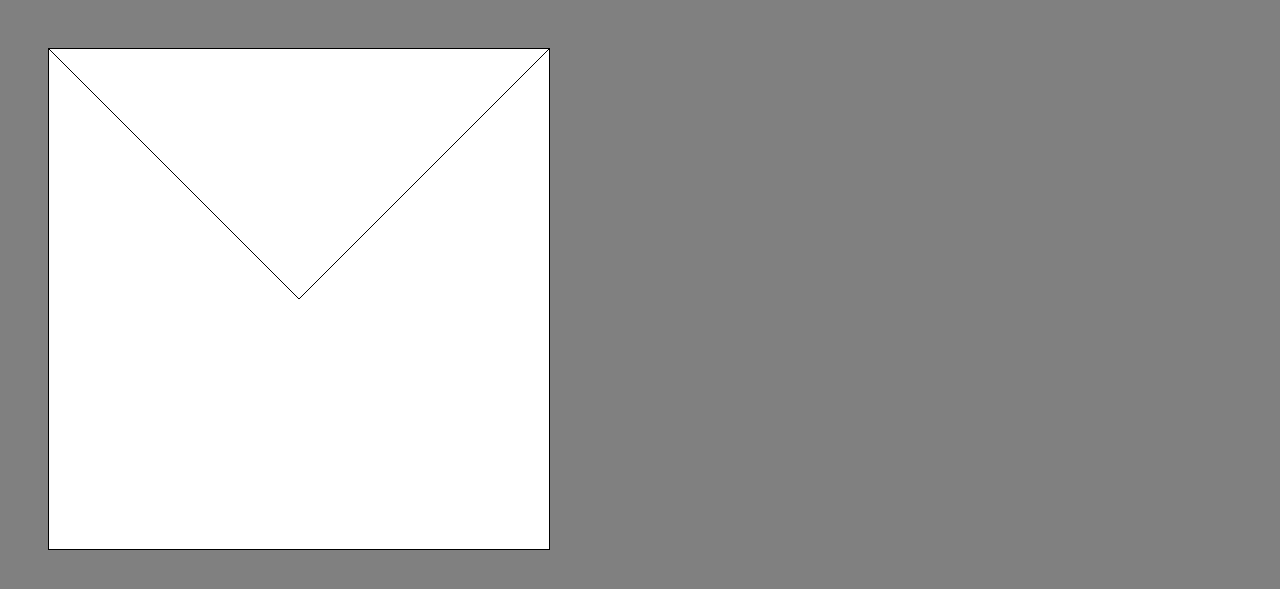
Repository: albinsabu2023/Stopwatch-program
Page: index.html
The author's editor kept a copy of each file at every save. The page is drawn from the files as they stood at one save, then again after the next save.
The browser window is 1280 px wide. The pictures show the whole page.

Above is the page before, as saved 2023-03-03 20:36:35.

### index.html
<!DOCTYPE html>

<head>
    <meta charset="UTF-8">
    <meta http-equiv="X-UA-Compatible" content="IE=edge">
    <meta name="viewport" content="width=device-width, initial-scale=1.0">
    <link rel="stylesheet" href="style.css">
    <title>Document</title>
</head>

   <canvas id ="canvas" width="500" height="500"></canvas>
    <script src="index.js"></script>
</body>
</html>

### style.css
body{
color:white;
background-color: gray;
}

#canvas{
    border:1px solid black;
    background-color: white;
    margin: 40px;

}

### index.js
//canvas api

let can = document.getElementById("canvas");
let context = can.getContext("2d");

context.beginPath();
context.moveTo(0, 0);
context.lineTo(250, 250);
context.lineTo(500, 0);
context.stroke();

After the next save:
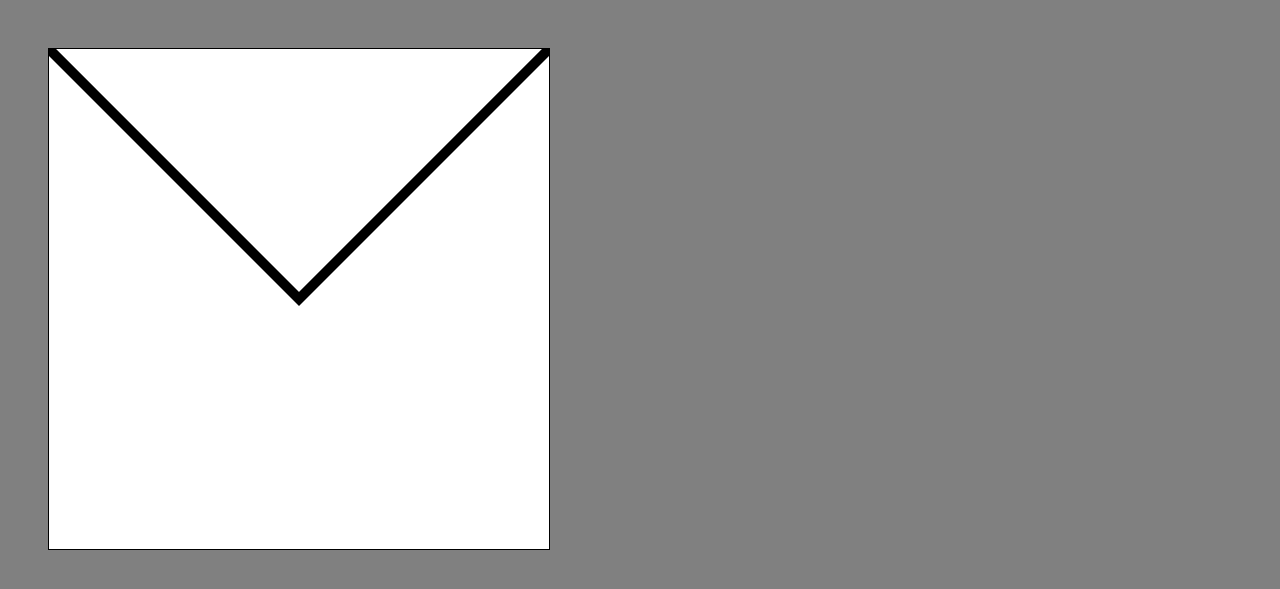
Saved 85 min 37 s later.
--- a/index.js
+++ b/index.js
@@ -2,7 +2,7 @@
 
 let can = document.getElementById("canvas");
 let context = can.getContext("2d");
-
+context.lineWidth = 10;
 context.beginPath();
 context.moveTo(0, 0);
 context.lineTo(250, 250);
